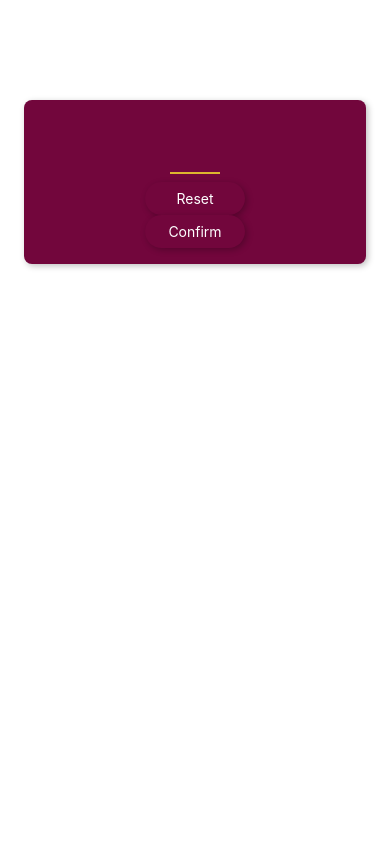
Repository: cobalt88/miniGameApp
Screen: /
These files come from the project's save history. The screen is drawn as it stood at one moment and after the next save; the edit follows.
The app was drawn by React Native's web renderer in a window 390 px wide. The project was rebuilt for these pictures with package versions that can differ from the ones it lists, and the page was loaded fresh each time.

Above is the screen before, as saved 2023-02-02 16:41:28.

### App.js
import { StatusBar } from "expo-status-bar";
import { StyleSheet, Text, View } from "react-native";
import StartGameScreen from "./screens/StartGameScreen";

export default function App() {
  return <StartGameScreen />;
}

const styles = StyleSheet.create({});

### screens/StartGameScreen.js
import { View, TextInput, StyleSheet } from "react-native";
import PrimaryButton from "../components/PrimaryButton";

function StartGameScreen() {
  return (
    <View style={styles.inputContainer}>
      <TextInput
        style={styles.numberInput}
        maxLength={2}
        keyboardType="number-pad"
        autoCapitalize="none"
        autoCorrect={false}
      />
      <PrimaryButton>Reset</PrimaryButton>
      <PrimaryButton>Confirm</PrimaryButton>
    </View>
  );
}

export default StartGameScreen;

const styles = StyleSheet.create({
  inputContainer: {
    marginHorizontal: 24,
    borderRadius: 8,
    padding: 16,
    marginTop: 100,
    backgroundColor: "#72063c",
    elevation: 8,
    shadowColor: "black",
    shadowOffset: { width: 2, height: 2 },
    shadowOpacity: 0.25,
    shadowRadius: 6,
    alignItems: "center",
  },
  numberInput: {
    height: 50,
    fontSize: 32,
    borderBottomColor: "#ddb52f",
    borderBottomWidth: 2,
    color: "#ddb52f",
    textAlign: "center",
    marginVertical: 8,
    fontWeight: "bold",
    width: 50,
  },
});

### components/PrimaryButton.js
import { View, Text, Pressable, StyleSheet } from "react-native";

function PrimaryButton({ children }) {
  function pressHandler() {
    console.log("pressed the main button");
  }
  return (
    <Pressable onPress={pressHandler}>
      <View style={styles.buttonContainer}>
        <Text style={styles.buttonText}>{children}</Text>
      </View>
    </Pressable>
  );
}

export default PrimaryButton;

const styles = StyleSheet.create({
  buttonContainer: {
    backgroundColor: "#72063c",
    paddingVertical: 8,
    paddingHorizontal: 16,
    borderRadius: 28,
    elevation: 8,
    shadowColor: "black",
    shadowOffset: { width: 2, height: 2 },
    shadowOpacity: 0.25,
    shadowRadius: 6,
    width: 100,
    margin: "auto",
  },
  buttonText: {
    color: "white",
    textAlign: "center",
  },
});

After the next save:
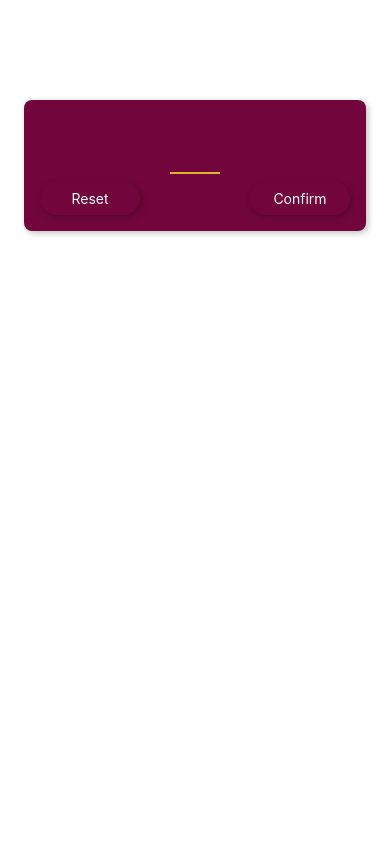
Saved 70 s later.
--- a/screens/StartGameScreen.js
+++ b/screens/StartGameScreen.js
@@ -11,8 +11,10 @@ function StartGameScreen() {
         autoCapitalize="none"
         autoCorrect={false}
       />
-      <PrimaryButton>Reset</PrimaryButton>
-      <PrimaryButton>Confirm</PrimaryButton>
+      <View style={styles.buttonContainer}>
+        <PrimaryButton>Reset</PrimaryButton>
+        <PrimaryButton>Confirm</PrimaryButton>
+      </View>
     </View>
   );
 }
@@ -44,4 +46,9 @@ const styles = StyleSheet.create({
     fontWeight: "bold",
     width: 50,
   },
+  buttonContainer: {
+    flexDirection: "row",
+    justifyContent: "space-between",
+    width: "100%",
+  },
 });
